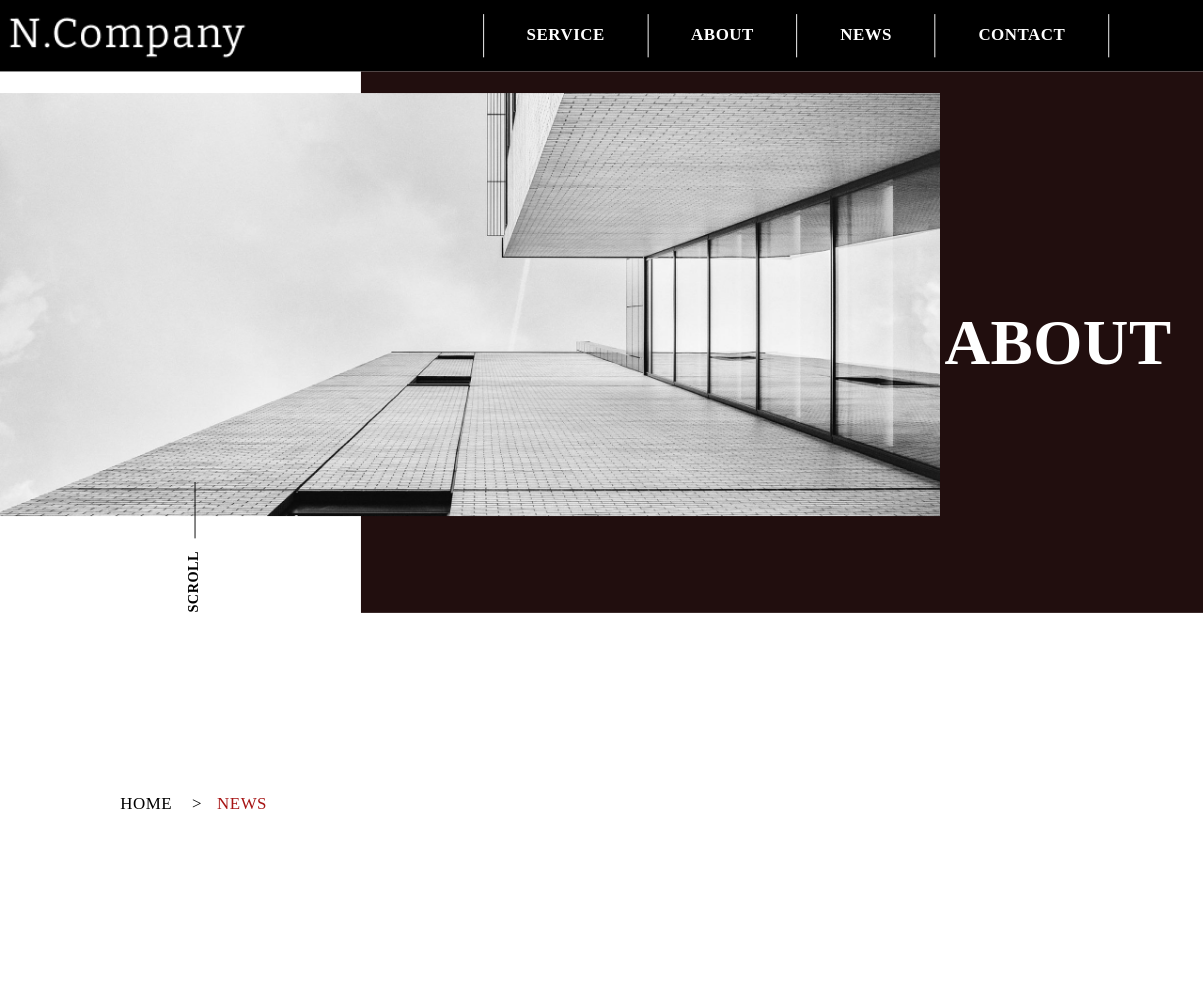
Repository: nozomi-23/hp2_test
Page: html/news.html
The author's editor kept a copy of each file at every save. The page is drawn from the files as they stood at one save, then again after the next save.
The browser window is 1280 px wide. The pictures show the whole page, at 94% of full size.
Some web fonts or font styles are not loaded; a fallback is used. Some web libraries are served in a nearby version.

Above is the page before, as saved 2022-06-25 22:03:22.

### html/news.html
<!DOCTYPE html>
<html lang="ja">

<head>
  <meta charset="UTF-8">
  <title>コンサル事業 N.Company</title>
  <meta name="description" content="専門知識豊富なコンサルタントチームがあらゆる経営課題を解決に導きます。">
  <meta name="keywords" content="コンサル,経営改善,サポート">
  <meta name="viewport" content="width=device-width, initial-scale=1.0">
  <meta property="og:title" content="コンサル事業 N.Company">
  <meta property="og:type" content="article">
  <meta property="og:url" content="https://withcode-plus.tech">
  <meta property="og:image" content="img/logo.png">
  <meta property="og:description" content="専門知識豊富なコンサルタントチームがあらゆる経営課題を解決に導きます。">
  <meta property="og:site_name" content="コンサル事業">
  <link rel="icon" href="favicon.ico">
  <link rel="apple-touch-icon" sizes="180x180" href="img/logo.png">
  <link rel="preconnect" href="https://fonts.googleapis.com">
  <link rel="preconnect" href="https://fonts.gstatic.com" crossorigin>
  <link rel="preconnect" href="https://fonts.googleapis.com">
  <link rel="preconnect" href="https://fonts.gstatic.com" crossorigin>
  <link rel="preconnect" href="https://fonts.googleapis.com">
  <link rel="preconnect" href="https://fonts.gstatic.com" crossorigin>
  <link href="https://fonts.googleapis.com/css2?family=Bitter:wght@300;400&display=swap" rel="stylesheet">
  <link href="https://fonts.googleapis.com/css2?family=Noto+Serif+JP:wght@400;500;700&display=swap" rel="stylesheet">
  <script src="https://kit.fontawesome.com/b17c2acbc6.js" crossorigin="anonymous"></script>
  <link rel="stylesheet" type="text/css" href="../css/reset.css">
  <link rel="stylesheet" type="text/css" href="../css/common1.css">
  <link rel="stylesheet" type="text/css" href="../css/common2.css">
  <link rel="stylesheet" type="text/css" href="../css/service.css">
</head>

<body>
  <!-- ======== header ===== -->
  <header>
    <div class="header_inner">
      <h1 class="header_logo">
        <a href="../index.html"><img src="../img/logo.png" alt="ロゴ画像"></a>
      </h1>
      <nav class="header_nav">
        <ul>
          <li>
            <a href="../html/about.html">SERVICE</a>
          </li>
          <li>
            <a href="#">ABOUT</a>
          </li>
          <li>
            <a href="../html/news.html">NEWS</a>
          </li>
          <li>
            <a href="../html/contact.html">CONTACT</a>
          </li>
        </ul>
      </nav>
    </div>
    <div class="drawer"></div>
  </header>

  <!-- ======== fv ===== -->

  <section class="service_fv">
    <div class="service_fv_wrapper">
      <div class="service_fv_img">
        <img src="../img/service_main.png" alt="メイン画像">
      </div>
      <div class="fv_txt_wrapper_2">
        <span class="top_arrow_txt">SCROLL</span>
      </div>
      <div class="fv_ttl_wrapper">
        <h2 class="service_fv_ttl">ABOUT</h2>
      </div>
    </div>
  </section>

  <!-- ======== パンくずリスト ===== -->

  <section class="breadcrumb section">
    <div class="inner">
      <ul class="breadcrumb_list">
        <li class="breadcrumb_item">
          <a href="../index.html"><span>HOME</span></a>
        </li>
        <li class="breadcrumb_item">
          <a href="#"><span class="color">NEWS</span></a>
        </li>
      </ul>
    </div>
  </section>

</body>
<script src="https://ajax.googleapis.com/ajax/libs/jquery/3.5.1/jquery.min.js"></script>
<script type="text/javascript" src="js/common.js"></script>

</html>

### css/reset.css
@charset "UTF-8";

html,
body,
div,
span,
object,
iframe,
h1,
h2,
h3,
h4,
h5,
h6,
p,
blockquote,
pre,
abbr,
address,
cite,
code,
del,
dfn,
em,
img,
ins,
kbd,
q,
samp,
small,
strong,
sub,
sup,
var,
b,
i,
dl,
dt,
dd,
ol,
ul,
li,
fieldset,
form,
label,
legend,
table,
caption,
tbody,
tfoot,
thead,
tr,
th,
td,
article,
aside,
canvas,
details,
figcaption,
figure,
footer,
header,
hgroup,
menu,
nav,
section,
summary,
time,
mark,
audio,
video {
  margin: 0;
  padding: 0;
  border: 0;
  outline: 0;
  font-size: 100%;
  vertical-align: baseline;
  background: transparent;
}

body {
  line-height: 1;
}

article,
aside,
details,
figcaption,
figure,
footer,
header,
hgroup,
menu,
nav,
section {
  display: block;
}

nav ul {
  list-style: none;
}

blockquote,
q {
  quotes: none;
}

blockquote:before,
blockquote:after,
q:before,
q:after {
  content: '';
  content: none;
}

a {
  margin: 0;
  padding: 0;
  font-size: 100%;
  vertical-align: baseline;
  background: transparent;
}

/* change colours to suit your needs */
ins {
  background-color: #ff9;
  color: #000;
  text-decoration: none;
}

/* change colours to suit your needs */
mark {
  background-color: #ff9;
  color: #000;
  font-style: italic;
  font-weight: bold;
}

del {
  text-decoration: line-through;
}

abbr[title],
dfn[title] {
  border-bottom: 1px dotted;
  cursor: help;
}

table {
  border-collapse: collapse;
  border-spacing: 0;
}

/* change border colour to suit your needs */
hr {
  display: block;
  height: 1px;
  border: 0;
  border-top: 1px solid #cccccc;
  margin: 1em 0;
  padding: 0;
}

input,
select {
  vertical-align: middle;
}

### css/common1.css
@charset "UTF-8";

body {
  font-size: 18px;
  color: #000;
  letter-spacing: 0.03em;
  font-family: 'Noto Serif JP', serif;
  line-height: 1.3;
}
li {
  list-style: none;
}
a {
  text-decoration: none;
  cursor: pointer;
  color: #000;
}
/* =====================
共通レイアウト
========================*/

.section {
  margin: 15% 0;
  position: relative;
}

.inner {
  width: 80%;
  height: auto;
  margin: 0 auto;
  /* background-color: aqua; */
}

/* =====================
共通パーツ
========================*/

.section_ttl {
  position: relative;
  font-size: 2rem;
  font-weight: bold;
  display: inline-block;
  margin-bottom: 4.5%;
  padding: 1%;
}

.section_ttl::after {
  content: "";
  position: absolute;
  bottom: 0;
  left: 34%;
  display: inline-block;
  width: 3rem;
  border-bottom: 5px solid #A71414;
}

.btn {
  width: 25%;
  margin: 0 auto;
}

.btn a {
  text-align: center;
  color: #fff;
  background: #210E0E;
  font-weight: bold;
  line-height: 4;
  display: block;
  width: 100%;
  height: 100%;
  cursor: pointer;
  transition: all 0.5s;
}

.btn a:hover {
  opacity: 0.8;
  transition: all 0.5s;
}
/* =====================
header
========================*/
header {
  background: #000;
}

.header_inner {
  display: flex;
  justify-content: space-between;
  align-items: center;
  padding: 0.7%;
}

.header_logo {
  width: 20%;
}
.header_logo img {
  width: 100%;
  height: 100%;
}

.header_nav {
  width: 60%;
  height: auto;
}

.header_nav ul {
  display: flex;
  align-items: center;
}

.header_nav ul li {
  padding: 1.5% 6%;
  border-left: solid 1px #fff;
}

.header_nav ul li:last-child {
  border-right: solid 1px #fff;
}

.header_nav ul li a {
  display: block;
  color: #fff;
  font-weight: bold;
}

.header_nav ul li a:hover {
  color: #AB9999;
}

header .drawer {
  visibility: hidden;
}

/* =====================
footer
========================*/

footer {
  background: #000;
  padding: 2%;
  text-align: center;
}

.footer_logo {
  margin: 0 auto;
  width: 15%;
  height: auto;
}

.footer_logo img {
  width: 100%;
  height: 100%;
}

.footer_list {
  width: 70%;
  height: auto;
  display: flex;
  justify-content: center;
  align-items: center;
  margin: 3.5% auto;
}

.footer_list li {
  padding: 1% 6%;
  border-left: solid 1px #fff;
}

.footer_list li:last-child {
  border-right: solid 1px #fff;
}

.footer_list li a {
  color: #fff;
  font-size: 0.95rem;
}

.footer_list li a:hover {
  color: #AB9999;
}

.footer_sns {
  display: flex;
  align-items: center;
  justify-content: center;
  margin: 3% 0;
}

.sns_icon.sns_icon1 {
  margin-right: 2.5%;
}

.sns_icon.sns_icon1,
.sns_icon.sns_icon2 {
  font-size: 2.25rem;
}
.sns_icon a {
  color: #fff;
}

.sns_icon {
  transition: 0.2s;
}

.sns_icon:hover {
  transition: 0.2s;
  transform: translateY(-5px);
}


footer small {
  color: #fff;
  font-size: 0.8rem;
  display: block;
  margin: 1.5% 0;
}

### css/common2.css
@charset "UTF-8";

/* =====================
fv
========================*/
.service_fv_wrapper {
  display: flex;
  position: relative;
}

.service_fv_img {
  position: absolute;
  z-index: 1;
  top: 4%;
  left: 0;
}

.service_fv_img img {
  width: 100%;
  height: 100%;
}

.fv_txt_wrapper_2 {
  position: relative;
  width: 30%;
  height: 80vh;
}

.fv_ttl_wrapper {
  width: 70%;
  height: 80vh;
  background: #210E0E;
  align-items: center;
  display: flex;

}

.service_fv_ttl {
  color: #fff;
  font-weight: bold;
  font-size: 4.2rem;
  margin-left: auto;
  padding-right: 0.5em;
  z-index: 3;
}

.top_arrow_txt {
  position: absolute;
  bottom: 4%;
  left: 45%;
  transform: rotate(270deg);
  font-weight: bold;
  font-size: 0.95rem;
  z-index: 3;
}

.top_arrow_txt::after {
  content: "";
  width: 60px;
  border-bottom: solid 1px;
  display: inline-block;
  position: absolute;
  bottom: 40%;
  left: 120%;
}

/* =====================
パンくずリスト
========================*/
.breadcrumb_list {
  display: flex;
}

.breadcrumb_item::after {
  content: ">";
  padding: 0 1rem;
}

.breadcrumb_item:last-child::after {
  content: "";
}

.breadcrumb_item .color {
  color: #A71414;
}

### css/service.css
@charset "UTF-8";


/* =====================
service_intro
========================*/
.service_tex {
  text-align: center;
}

.service_intro_all {
  margin: 10% 0;
}

.service_txt {
  width: 70%;
  height: auto;
  margin: 0 auto;
  text-align: center;
}

.intro_list {
  display: flex;
  justify-content: space-between;
  flex-wrap: wrap;
}

.intro_item {
  width: 40%;
  height: auto;
}


.intro_item_img img {
  width: 100%;
  height: 100%;
}

Loaded but not shown: js/common.js (no copy from this time; the picture is the same without it)

After the next save:
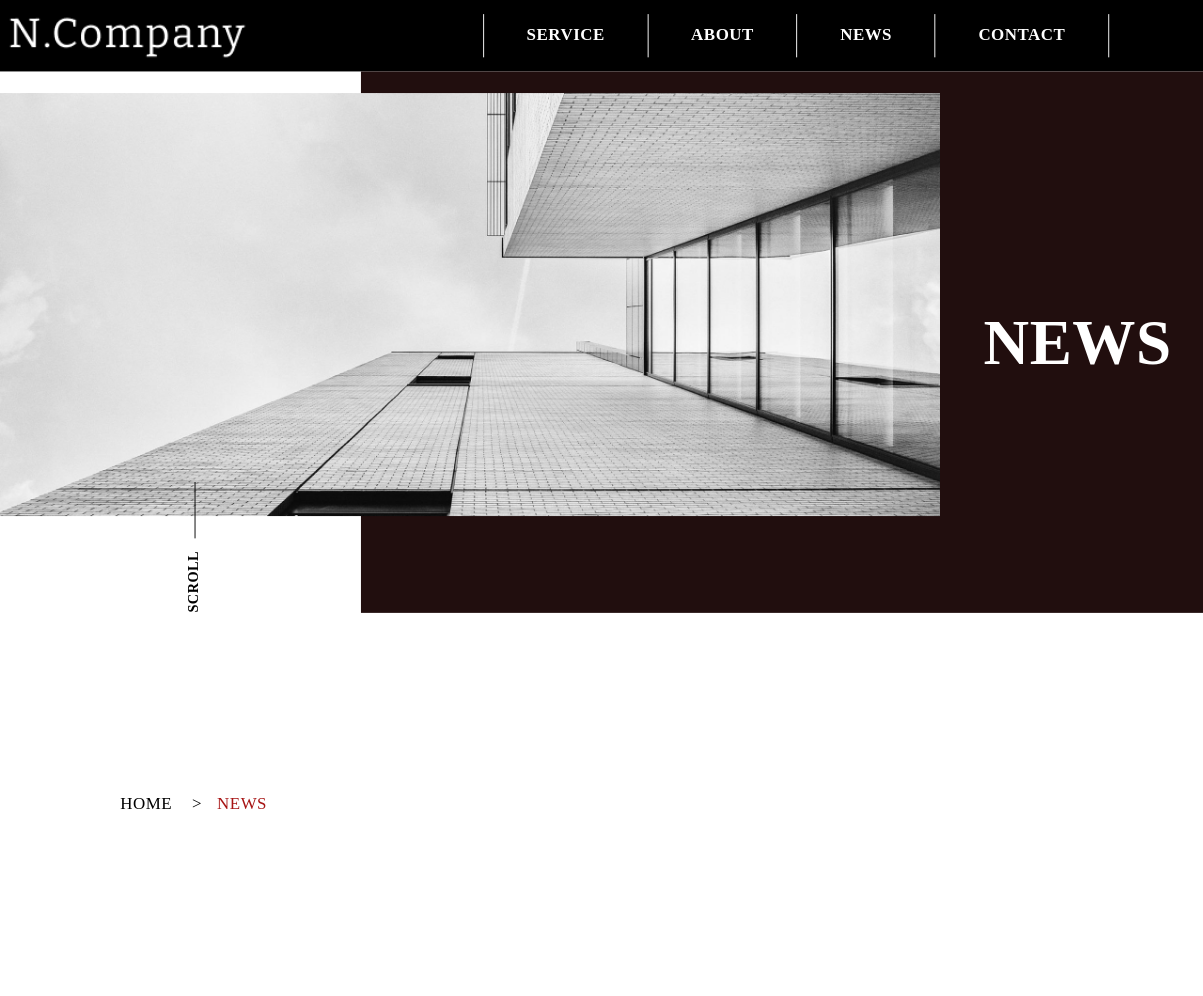
Saved 6 s later.
--- a/html/news.html
+++ b/html/news.html
@@ -68,7 +68,7 @@
         <span class="top_arrow_txt">SCROLL</span>
       </div>
       <div class="fv_ttl_wrapper">
-        <h2 class="service_fv_ttl">ABOUT</h2>
+        <h2 class="service_fv_ttl">NEWS</h2>
       </div>
     </div>
   </section>
